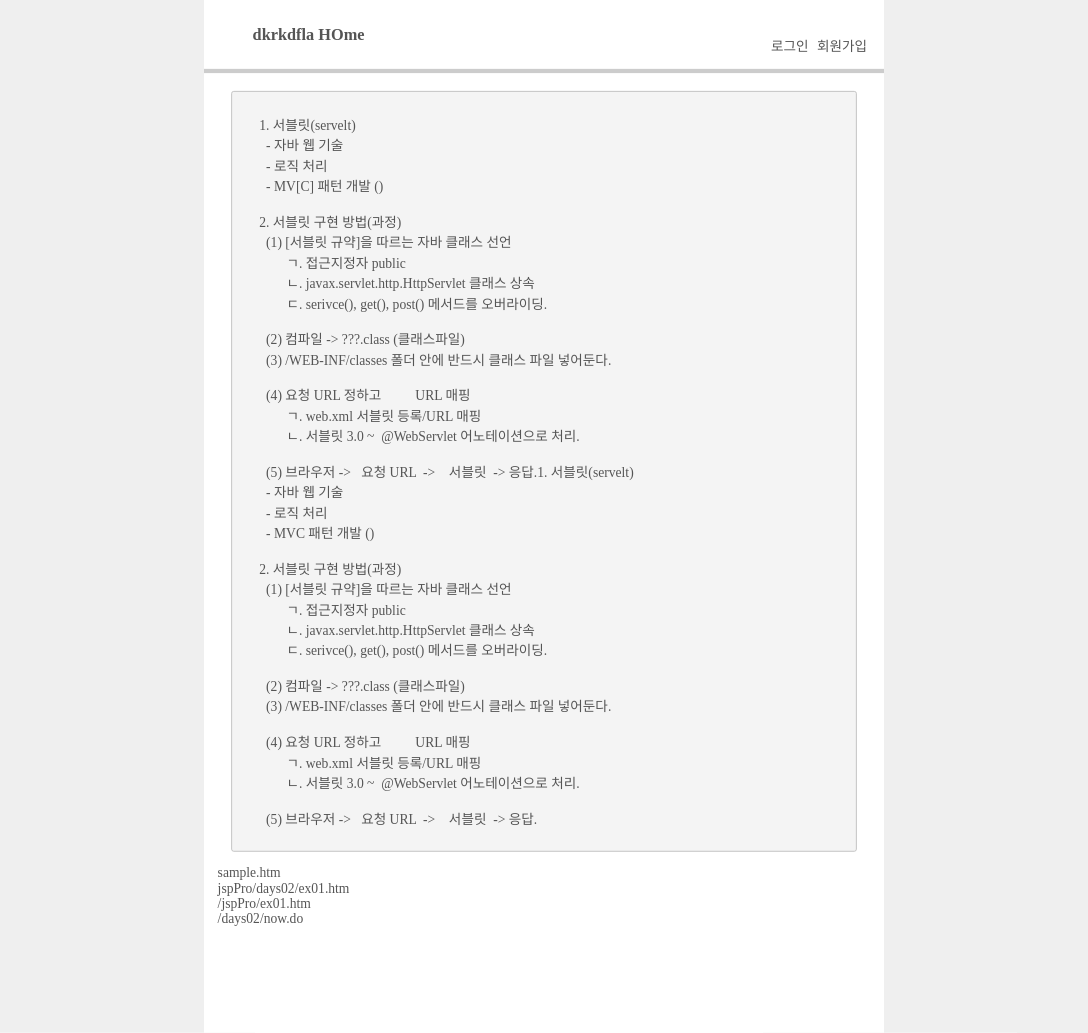
Repository: Dusajang/JSPClass
Page: http://localhost/jspPro/days02/ex03.jsp
These files come from the project's save history. The page is drawn as it stood at one moment and after the next save; the edit follows.
The browser window is 1280 px wide. The pictures show the whole page, at 85% of full size.
Some web fonts or font styles are not loaded; a fallback is used. The page is served by Tomcat 9. Other server files are loaded and not shown.

Above is the page before, as saved 2024-10-16 07:23:37.

### jspPro/src/main/webapp/days02/ex03.jsp
<%@ page contentType="text/html; charset=UTF-8" pageEncoding="UTF-8"%>
<!DOCTYPE html>
<html>
<head>
<meta charset="UTF-8">
<title>Insert title here</title>
<link rel="shortcut icon" type="image/x-icon" href="http://localhost/jspPro/images/SiSt.ico">
<script src="https://ajax.googleapis.com/ajax/libs/jquery/3.7.1/jquery.min.js"></script>
<meta name="viewport" content="width=device-width, initial-scale=1.0">
<meta name="google" content="notranslate">
<link rel="stylesheet" href="http://localhost/jspPro/resources/cdn-main/example.css">
<script src="http://localhost/jspPro/resources/cdn-main/example.js"></script>
<style>
 span.material-symbols-outlined{
    vertical-align: text-bottom;
 }
</style>
</head>
<body>
<header>
  <h1 class="main"><a href="#" style="position: absolute;top:30px;">dkrkdfla HOme</a></h1>
  <ul>
    <li><a href="#">로그인</a></li>
    <li><a href="#">회원가입</a></li>
  </ul>
</header>
<div>
  <xmp class="code">
    1. 서블릿(servelt)
      - 자바 웹 기술
      - 로직 처리
      - MV[C] 패턴 개발 ()

    2. 서블릿 구현 방법(과정)
      (1) [서블릿 규약]을 따르는 자바 클래스 선언
            ㄱ. 접근지정자 public
            ㄴ. javax.servlet.http.HttpServlet 클래스 상속
            ㄷ. serivce(), get(), post() 메서드를 오버라이딩.

      (2) 컴파일 -> ???.class (클래스파일)
      (3) /WEB-INF/classes 폴더 안에 반드시 클래스 파일 넣어둔다.

      (4) 요청 URL 정하고          URL 매핑
            ㄱ. web.xml 서블릿 등록/URL 매핑
            ㄴ. 서블릿 3.0 ~  @WebServlet 어노테이션으로 처리.

      (5) 브라우저 ->   요청 URL  ->    서블릿  -> 응답.1. 서블릿(servelt)
      - 자바 웹 기술
      - 로직 처리
      - MVC 패턴 개발 ()

    2. 서블릿 구현 방법(과정)
      (1) [서블릿 규약]을 따르는 자바 클래스 선언
            ㄱ. 접근지정자 public
            ㄴ. javax.servlet.http.HttpServlet 클래스 상속
            ㄷ. serivce(), get(), post() 메서드를 오버라이딩.

      (2) 컴파일 -> ???.class (클래스파일)
      (3) /WEB-INF/classes 폴더 안에 반드시 클래스 파일 넣어둔다.

      (4) 요청 URL 정하고          URL 매핑
            ㄱ. web.xml 서블릿 등록/URL 매핑
            ㄴ. 서블릿 3.0 ~  @WebServlet 어노테이션으로 처리.

      (5) 브라우저 ->   요청 URL  ->    서블릿  -> 응답.
  </xmp>

  <a href="sample.htm">sample.htm</a><br>
  <a href="/jspPro/days02/ex01.htm">jspPro/days02/ex01.htm</a><br>
  <a href="/jspPro/ex01.htm">/jspPro/ex01.htm</a><br>

  <a href="/jspPro/days02/now.do">/days02/now.do</a><br>

</div>
</body>
</html>

### jspPro/src/main/webapp/resources/cdn-main/example.css
@charset "UTF-8";

@import url('https://fonts.googleapis.com/css2?family=Material+Symbols+Outlined:opsz,wght,FILL,GRAD@20..48,100..700,0..1,-50..200');

@font-face {
    font-family: 'GmarketSansMedium';
    src: url('https://cdn.jsdelivr.net/gh/projectnoonnu/noonfonts_2001@1.1/GmarketSansMedium.woff') format('woff');
    font-weight: normal;
    font-style: normal;
}

:root {
	--text-color: #555;
	--sub-text-color: #777;
	--back-color: #EFEFEF;
	--header-color: #444;
	--primary-color: #DEDEDE;
	--secondary-color: #EFEFEF;
	--default-width: 800px;
	--narrow-width: 500px;
	--wide-width: 1200px;
	--text-font: 'GmarketSansMedium';
	--icon-font: 'Material Symbols Outlined';
	--border-color: #CCC;
}

html, body {
	margin: 0;
	padding: 0;
}

html {
	background-color: var(--back-color);
	display: flex;
	justify-content: center;
	min-height: 100vh;
}

body, body.default {
	width: var(--default-width);
	background-color: white;
	padding-bottom: 120px;
}

body.wide {
	width: var(--wide-width);
}

body.narrow {
	width: var(--narrow-width);
}



body, p, div, span, a, input, select, option, textarea, button, table, th, td, label, fieldset, legend {
	font-family: var(--text-font);
	color: var(--text-color);
}

h1, h2, h3 {
	font-family: var(--text-font);
	color: var(--header-color);
	padding: 0 1rem;
	padding-top: .5rem;
}

div > h1, div > h2, div > h3 {
	padding: 0;
}

body > div, body > main > div {
	padding: 0.3rem 1rem;
}


h1 { font-size: 2rem; border-bottom: 1px solid var(--border-color); }
h1 small { font-size: 1.2rem; color: var(--sub-text-color); }
h2 { font-size: 1.5rem; border-bottom: 1px dashed var(--border-color); }
h2 small { font-size: 1.1rem; color: --sub-text-color; }
h3 { font-size: 1.2rem; }
h3 small { font-size: 1rem; color: --sub-text-color; }



h1.main::before {
	font-family: var(--icon-font);
  	content: '\e666';
  	margin-right: 10px;
  	float: left;
	font-size: 2.5rem;
}

h1.sub::before {
	font-family: var(--icon-font);
  	content: '\ea19';
  	margin-right: 10px;
  	float: left;
	font-size: 2.5rem;
}


h1.page::before {
	font-family: var(--icon-font);
  	content: '\e0e0';
  	margin-right: 10px;
  	float: left;
	font-size: 2.5rem;
}

body > header > ul > li > .active{
	background-color: #FFF;
	color:#F00;
}

body > header {
	display: flex;
	justify-content: space-between;
	border-bottom: 5px solid var(--border-color);
	min-height: 74px;
	background-color: #FFF;
}

body > header.sticky {
	position: sticky;
	top: 0;
	z-index: 98;
}

body > header > h1 {
	font-size: 1.2rem;
	border: 0;
}

body > header.in > h1::before {
	font-family: var(--icon-font);
  	content: '\e332‥';
  	margin-right: 3px;
  	float: left;
	font-size: 2rem;
}


body > header > ul {
	list-style-type: none;
	display: flex;
	align-items: flex-end;
	margin-right: 10px;
}

body > header > ul > li {
	margin-right: 10px;
	cursor: pointer;
}

body > header > ul > li > a {
	cursor: pointer;
}


form {
	display: block;
}

form > div {
	padding: 0.3rem 1rem;
}

div > form > div {
	padding: 0.3rem 0;
}

input, textarea, button, select {
	border: 1px solid #BBB;
	border-radius: 3px;
	outline: none;
	resize: none;
	padding: 7px;
	margin: 0;
}

input[type=text]:read-only, textarea:read-only {
	cursor: not-allowed;
	background-color: #FFF;
}

input[type=text]:disabled, textarea:disabled {
	cursor: not-allowed;
	background-color: #EEE;
}

input[type=text], input[type=password], textarea, button, select {
	/* width: 300px; */
}

textarea {
	display: block;
	height: 100px;
}

input[type=button], input[type=submit], button {
	/* width: inherit; */
}

input.short, textarea.short, button.short, select.short {
	width: 100px;
}

input.long, textarea.long, button.long, select.long {
	width: 350px;
}

.narrow input.long, .narrow textarea.long, .narrow button.long, .narrow select.long {
	width: calc(100% - 20px);
}

input.full, textarea.full, button.full, select.full {
	width: calc(100% - 20px);
}

textarea.short {
	height: 50px;
}

textarea.long {
	height: 100px;
}

textarea.full {
	height: 200px;
}

input, textarea {
	padding-top: 8px;
}

input[type=button], input[type=submit], button {
	padding: 5px 10px;
	background-color: var(--secondary-color);
	cursor: pointer;
	min-height: 36px;
}

input[type=button].primary, input[type=submit].primary, button.primary {
	/* background-color: rgba(100, 149, 237, .2); */
	background-color: var(--primary-color);
}

input[type=button].primary:hover, input[type=submit].primary:hover, button.primary:hover {
	/* background-color: rgba(100, 149, 237, .3); */
	background-color: var(--secondary-color);
}

input[type=button]:hover, input[type=submit]:hover, button:hover {
	background-color: var(--primary-color);
}

button {
	position: relative;
	left: 0;
	top: 0;
	padding-left: 35px;
}

button .material-symbols-outlined {
	position: absolute;
	left: 10px;
	top: 4px;
}

/* k2nik add */
button.login::before {
	font-family: var(--icon-font);
  	content: '\ea77';
	position: absolute;
	left: 11px;
	top: 4px;
	font-size: 1.25rem;
}

/* k2nik logout */
button.logout::before {
	font-family: var(--icon-font);
  	content: '\e9ba';
	position: absolute;
	left: 11px;
	top: 4px;
	font-size: 1.25rem;
}

/* k2nik help */
button.help::before {
	font-family: var(--icon-font);
  	content: '\f1c0';
	position: absolute;
	left: 11px;
	top: 4px;
	font-size: 1.25rem;
}

button.add::before{
	font-family: var(--icon-font);
  	content: '\e746';
	position: absolute;
	left: 11px;
	top: 4px;
	font-size: 1.25rem;
}

button.back::before {
	font-family: var(--icon-font);
  	content: '\e166';
	position: absolute;
	left: 11px;
	top: 4px;
	font-size: 1.25rem;
}

button.list::before {
	font-family: var(--icon-font);
  	content: '\e0ee';
	position: absolute;
	left: 11px;
	top: 4px;
	font-size: 1.25rem;
}


button.del::before {
	font-family: var(--icon-font);
  	content: '\e872';
	position: absolute;
	left: 11px;
	top: 4px;
	font-size: 1.25rem;
}


button.edit::before {
	font-family: var(--icon-font);
  	content: '\e745';
	position: absolute;
	left: 11px;
	top: 4px;
	font-size: 1.25rem;
}


button.login::before {
	font-family: var(--icon-font);
  	content: '\ea77';
	position: absolute;
	left: 11px;
	top: 4px;
	font-size: 1.25rem;
}


button.logout::before {
	font-family: var(--icon-font);
  	content: '\e9ba';
	position: absolute;
	left: 11px;
	top: 4px;
	font-size: 1.25rem;
}


button.in::before {
	font-family: var(--icon-font);
  	content: '\f71a';
	position: absolute;
	left: 11px;
	top: 4px;
	font-size: 1.25rem;
}


button.out::before {
	font-family: var(--icon-font);
  	content: '\f70e';
	position: absolute;
	left: 11px;
	top: 4px;
	font-size: 1.25rem;
}


button.reply::before {
	font-family: var(--icon-font);
  	content: '\e15e';
	position: absolute;
	left: 11px;
	top: 4px;
	font-size: 1.25rem;
}


button.comment::before {
	font-family: var(--icon-font);
  	content: '\e0b9';
	position: absolute;
	left: 11px;
	top: 4px;
	font-size: 1.25rem;
}


button.modal::before {
	font-family: var(--icon-font);
  	content: '\e89e';
	position: absolute;
	left: 11px;
	top: 4px;
	font-size: 1.25rem;
}


button.ok::before {
	font-family: var(--icon-font);
  	content: '\e86c';
	position: absolute;
	left: 11px;
	top: 4px;
	font-size: 1.25rem;
}


button.cancel::before {
	font-family: var(--icon-font);
  	content: '\e5c9';
	position: absolute;
	left: 11px;
	top: 4px;
	font-size: 1.25rem;
}

button.search::before {
	font-family: var(--icon-font);
  	content: '\e8b6';
	position: absolute;
	left: 11px;
	top: 4px;
	font-size: 1.25rem;
}

button.home::before {
	font-family: var(--icon-font);
  	content: '\e88a';
	position: absolute;
	left: 11px;
	top: 4px;
	font-size: 1.25rem;
}


button.sidebar::before {
	font-family: var(--icon-font);
  	content: '\f7e4';
	position: absolute;
	left: 11px;
	top: 4px;
	font-size: 1.25rem;
}


button.sidebar-right::before {
	font-family: var(--icon-font);
  	content: '\f7e5';
	position: absolute;
	left: 11px;
	top: 4px;
	font-size: 1.25rem;
}




button::before {
	font-family: var(--icon-font);
  	content: '\e323';
	position: absolute;
	left: 11px;
	top: 4px;
	font-size: 1.25rem;
}


table {
	border-collapse: collapse;
	margin: 1rem;
	box-sizing: border-box;
	width: calc(100% - 32px);
}

table.content {
	width: auto;
}

div > table {
	margin: 0;
}

table th, table td {
	border: 1px solid var(--border-color);
	padding: 7px;
	font-weight: normal;
}

table th {
	background-color: var(--back-color);
}

table.vertical th {
	width: 150px;
}

table.vertical td {
	width: calc(100% - 182px);
	padding-left: 10px;
}

table.content td, table.content th {
	width: auto;
}

body.narrow table.vertical th {
	width: 100px;
}

body.narrow table.vertical td {
	width: calc(100% - 182px);
}


table + table {
	margin-top: 30px;
}


p {
	padding: 0 1rem;
}

a {
	text-decoration: none;
}

a:hover {
	color: rgba(255, 99, 71, .7);
}

hr {
	border: 0;
	border-top: 1px solid var(--border-color);
	margin: 2rem 0;
}

.message {
	border: 1px solid var(--border-color);
	background-color: #EFEFEF;
	margin: 1rem;
	width: auto;
	padding-top: 10px;
	padding-bottom: 10px;
	font-size: 14px;
}

.message[title]::before {
	content: attr(title);
	display: block;
	border-bottom: 1px solid var(--border-color);
	padding-bottom: 5px;
	margin-bottom: 10px;
	margin-top: 7px;
}

.message.short {
	max-width: 250px;
}

.message.long {
	max-width: 500px;
}

.badge {
	float: right;
	font-size: .8rem;
	margin-top: 2px;
	margin-right: 2px;
	text-shadow: 0 0 7px gray;
}

.badge.left {
	float: none;
	margin-left: 2px;
}

.badge.right {
	float: right;
}

.badge.red {
	border-radius: 50%;
	padding: 2px 5px;
	background-color: rgb(255, 99, 71, .3);
}

.badge.yellow {

	border-radius: 50%;
	padding: 2px 5px;
	background-color: rgb(255, 215, 0, .5);
}

.badge.blue {
	border-radius: 50%;
	padding: 2px 5px;
	background-color: rgb(100, 149, 237, .3);
}

label + label {
	margin-left: 7px;
}

label input[type=checkbox], label input[type=radio] {
	transform: translate(0, 1px);
}

.group {
	display: flex;
}

.modal-content .group {
	margin-bottom: .5rem;
}

.group label {
	border: 1px solid #BBB;
	border-radius: 3px;
	outline: none;
	resize: none;
	padding: 7px 14px;
	margin: 0;
	border-top-right-radius: 0;
	border-bottom-right-radius: 0;
	background-color: #EFEFEF;
	white-space: nowrap;
	font-size: 14px;
}

.group input[type=text] {
	margin-left: -1px;
	border-top-left-radius: 0;
	border-bottom-left-radius: 0;
}

.group select {
	margin-left: -1px;
	border-top-left-radius: 0;
	border-bottom-left-radius: 0;
}

.group input.full[type=text] {
	margin-left: -1px;
	border-top-left-radius: 0;
	border-bottom-left-radius: 0;
	width: 100%;
}

.group input[type=button]:first-child, .group button:first-child {
	border-top-left-radius: 3px;
	border-bottom-left-radius: 3px;
	margin-left: 0px;
}

.group input[type=button], .group button {
	border-radius: 0;
	margin-left: -1px;
}

.group input[type=button]:last-child, .group button:last-child {
	margin-left: -1px;
	border-top-right-radius: 3px;
	border-bottom-right-radius: 3px;
}

.seperate {
	display: flex;
	justify-content: space-between;
}

div.list {
	width: max-content;
	margin: 1rem;
	border: 1px solid #BBB;
	border-radius: 3px;
	padding: 0;
}

div.list.full {
	width: auto;
	display: block;
	margin: 1rem;
	border: 1px solid #BBB;
	border-radius: 3px;
	padding: 0;
}

div.list > div {
	padding: .5rem 1rem;
	margin: 0;
	border-bottom: 1px solid #BBB;
}

div.list > div:last-child {
	border-bottom: 0;
}

pre.code , xmp.code{
	font-family: consols;
	background-color: rgba(150, 150, 150, .1);
	border: 1px solid #BBB;
	border-radius: 3px;
	padding: .5rem 1rem;
	padding-bottom: .6rem;
	margin: 1rem;
}




*[data-modal-window] {
	position: fixed;
	background-color: rgba(0, 0, 0, .3);
	left: 0;
	top: 0;
	display: none;
	justify-content: center;
	align-items: flex-start;
	width: 100%;
	min-height: 100vh;
	z-index: 100;
	opacity: 0;
	transition: 500ms all;
}

*[data-modal-window] .modal-container {
	border-radius: 5px;
	padding: 1rem;
	padding-bottom: .5rem;
	margin-top: -500px;
	opacity: 0;
	width: 500px;
	background-color: #FFF;
	margin-right: 2rem;
	transition: 500ms all;
}

*[data-modal-size=content] .modal-container {
	width: auto;
}

*[data-modal-size=narrow] .modal-container {
	width: 300px;
}

*[data-modal-size=wide] .modal-container {
	width: 760px;
}


*[data-modal-window] .modal-header {
	border-bottom: 1px solid var(--border-color);
	padding: 2px 5px;
}

*[data-modal-window] .modal-content {
	padding: 1rem 5px;
}

*[data-modal-window] .modal-content div:last-child {
	margin-top: 1rem;
	text-align: right;
}



*[data-sidebar-window] {
	position: fixed;
	background-color: #FFF;
	left: 0;
	top: 0;
	display: block;
	width: 300px;
	border-right: 1px solid var(--border-color);
	box-sizing: border-box;
	box-shadow: 0 0 3px var(--back-color);
	min-height: 100vh;
	z-index: 99;
	transform: translate(-300px, 0);
	transition-duration: 500ms;
	transition-property: transform;
}

*[data-sidebar-direction=right] {
	left: auto;
	right: 0;
	transform: translate(300px, 0);
	border-left: 1px solid var(--border-color);
}

*[data-sidebar-size=wide] {
	width: 500px;
	transform: translate(-500px, 0);
}

*[data-sidebar-window] .sidebar-title {
	border-bottom: 1px solid var(--border-color);
	margin-top: 20px;
	margin-bottom: 20px;
	padding-bottom: 5px;
	display: flex;
	justify-content: space-between;
}

*[data-sidebar-window] .sidebar-title span:last-child {
	cursor: pointer;
}


/* K2Nik pagination */
.center {
  text-align: center;
}

.pagination {
  display: inline-block;
}

.pagination a {
  color: black;
  float: left;
  padding: 3px 6px;
  text-decoration: none;
  transition: background-color .3s;
  border: 1px solid #ddd;
  margin: 0 3px;
}

.pagination a.active {
  background-color: #4CAF50;
  color: white;
  border: 1px solid #4CAF50;
}

.pagination a:hover:not(.active) {background-color: #ddd;}

### jspPro/src/main/webapp/resources/cdn-main/example.js

window.onload = () => {

    const list = document.querySelectorAll('input, textarea');

    list.forEach(item => {
        item.setAttribute('autocomplete', 'off');
    });


    const modal_btn_list = document.querySelectorAll('*[data-modal-button]');

    modal_btn_list.forEach(item => {
        item.onclick = function() {

            const name = this.dataset['modalButton'];
            const modal_window = document.querySelector('*[data-modal-window=' + name);

            const container = document.createElement('div');
            container.className = 'modal-container';



            const modal_header = document.createElement('div');
            modal_header.textContent = modal_window.dataset['modalTitle'];
            modal_header.className = 'modal-header';
            container.appendChild(modal_header);

            const modal_content = document.createElement('div');
            modal_content.className = 'modal-content';
            container.appendChild(modal_content);

            Array.from(modal_window.childNodes).forEach(item => {
                modal_content.appendChild(item);
            });

            modal_window.appendChild(container);

            modal_window.style.display = 'flex';

            setTimeout(() => {
                modal_window.style.opacity = 1;
                container.style.marginTop = '20px';
                container.style.opacity = 1;
            }, 50);


            const modal_ok = document.querySelector('*[data-modal-ok=' + name);
            modal_ok.addEventListener('click', function() {
                modal_window.style.opacity = 0;
                container.style.marginTop = '-500px';
                container.style.opacity = 0;

                setTimeout(() => {
                    modal_window.innerHTML = modal_content.innerHTML;
                    modal_window.style.display = 'none';
                }, 500);

            });

            const modal_cancel = document.querySelector('*[data-modal-cancel=' + name);
            modal_cancel.addEventListener('click', function() {

                modal_window.style.opacity = 0;
                container.style.marginTop = '-500px';
                container.style.opacity = 0;

                setTimeout(() => {
                    modal_window.innerHTML = modal_content.innerHTML;
                    modal_window.style.display = 'none';
                }, 500);
            });


        };
    });


    const sidebar_btn_list = document.querySelectorAll('*[data-sidebar-button]');

    sidebar_btn_list.forEach(item => {
        item.onclick = function() {



            const name = this.dataset['sidebarButton'];
            const sidebar_window = document.querySelector('*[data-sidebar-window=' + name);

            if (sidebar_window.style.transform == 'translate(0px, 0px)') return;



            sidebar_window.style.transform = 'translate(0, 0)';

            const sidebar_title = document.createElement('div');
            sidebar_title.className = 'sidebar-title';
            sidebar_title.innerHTML = '<span>' + sidebar_window.dataset['sidebarTitle'] + '</span><span class="material-symbols-outlined">close</span>';

            sidebar_title.children[1].onclick = function() {

                let sign = 1;
                let distance = 300;

                if (sidebar_window.dataset['sidebarDirection'] != 'right') {
                    sign = -1;
                } else {
                    sign = 1;
                }

                if (sidebar_window.dataset['sidebarSize'] != 'wide') {
                    distance = 300;
                } else {
                    distance = 500;
                }

                distance *= sign;

                sidebar_window.style.transform = 'translate(' + distance + 'px, 0)';

                setTimeout(function() {
                    sidebar_window.removeChild(sidebar_window.children[0]);
                }, 500);
            };


            sidebar_window.prepend(sidebar_title);

        }
    });

};

// window.onkeydown = function(event) {

//     if (event.keyCode == 27) {
//         if (document.querySelector('[data-modal-window').style.display == 'flex') {
//             document.querySelector('[data-modal-window').style.display = 'none';
//         }
//     }

// };

After the next save:
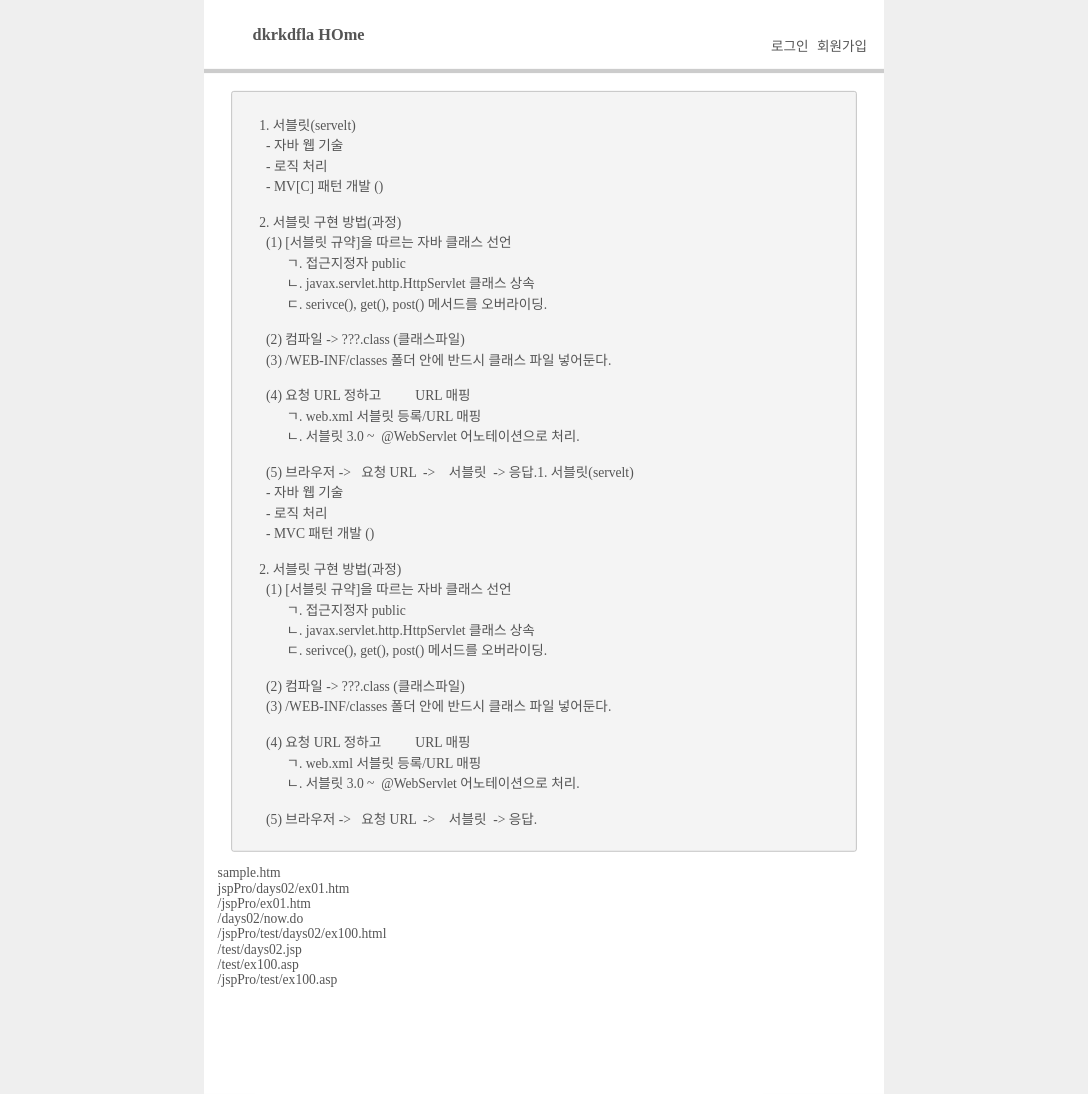
Saved 4 min 8 s later.
--- a/jspPro/src/main/webapp/days02/ex03.jsp
+++ b/jspPro/src/main/webapp/days02/ex03.jsp
@@ -71,6 +71,12 @@
 
   <a href="/jspPro/days02/now.do">/days02/now.do</a><br>
 
+<!-- <url-pattern>/test/*</url-pattern> -->
+  <a href="/jspPro/test/days02/ex100.html">/jspPro/test/days02/ex100.html</a><br>
+  <a href="/test/days02.jsp">/test/days02.jsp</a><br>
+  <a href="/test/ex100.asp">/test/ex100.asp</a><br>
+  <a href="/jspPro/test/ex100.asp">/jspPro/test/ex100.asp</a><br>
+
 </div>
 </body>
 </html>
